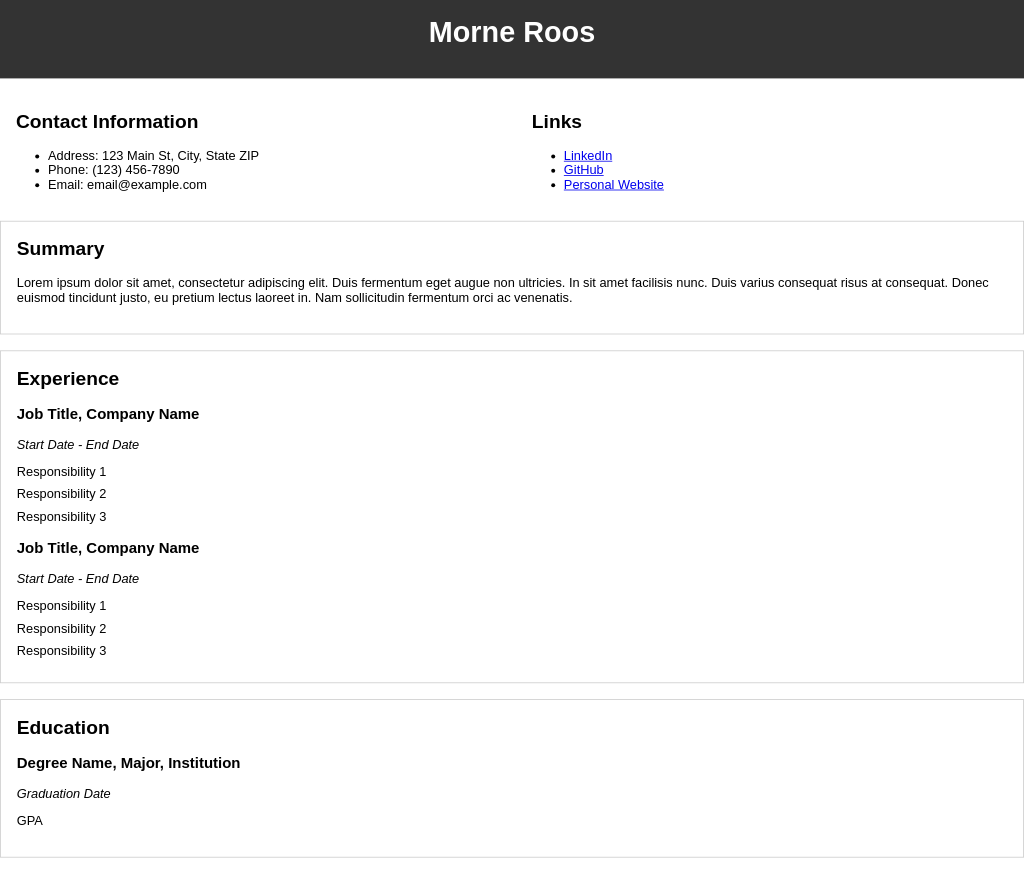
Repository: Git-it-right/Centrality
Page: cv.html
The author's editor kept a copy of each file at every save. The page is drawn from the files as they stood at one save, then again after the next save.
The browser window is 1280 px wide. The pictures show the whole page, at 80% of full size.

Above is the page before, as saved 2023-04-17 11:22:11.

### cv.html
<!DOCTYPE html>
<html>
  <head>
    <title>Resume/CV</title>
    <style>
      body {
        font-family: Arial, sans-serif;
        margin: 0;
        padding: 0;
      }
      .header {
        background-color: #333;
        color: white;
        padding: 20px;
        text-align: center;
      }
      .header h1 {
        margin: 0;
        font-size: 36px;
      }
      .contact-info {
        display: flex;
        justify-content: space-between;
        margin: 20px;
      }
      .contact-info div {
        flex-basis: 48%;
      }
      .section {
        padding: 20px;
        margin-bottom: 20px;
        border: 1px solid #ccc;
      }
      .section h2 {
        margin-top: 0;
      }
      .section ul {
        list-style: none;
        margin: 0;
        padding: 0;
      }
      .section li {
        margin-bottom: 10px;
      }
    </style>
  </head>
  <body>
    <div class="header">
      <h1>Morne Roos</h1>
      <p></p>
    </div>
    <div class="contact-info">
      <div>
        <h2>Contact Information</h2>
        <ul>
          <li>Address: 123 Main St, City, State ZIP</li>
          <li>Phone: (123) 456-7890</li>
          <li>Email: email@example.com</li>
        </ul>
      </div>
      <div>
        <h2>Links</h2>
        <ul>
          <li><a href="#">LinkedIn</a></li>
          <li><a href="#">GitHub</a></li>
          <li><a href="#">Personal Website</a></li>
        </ul>
      </div>
    </div>
    <div class="section">
      <h2>Summary</h2>
      <p>Lorem ipsum dolor sit amet, consectetur adipiscing elit. Duis fermentum eget augue non ultricies. In sit amet facilisis nunc. Duis varius consequat risus at consequat. Donec euismod tincidunt justo, eu pretium lectus laoreet in. Nam sollicitudin fermentum orci ac venenatis.</p>
    </div>
    <div class="section">
      <h2>Experience</h2>
      <ul>
        <li>
          <h3>Job Title, Company Name</h3>
          <p><em>Start Date - End Date</em></p>
          <ul>
            <li>Responsibility 1</li>
            <li>Responsibility 2</li>
            <li>Responsibility 3</li>
          </ul>
        </li>
        <li>
          <h3>Job Title, Company Name</h3>
          <p><em>Start Date - End Date</em></p>
          <ul>
            <li>Responsibility 1</li>
            <li>Responsibility 2</li>
            <li>Responsibility 3</li>
          </ul>
        </li>
      </ul>
    </div>
    <div class="section">
      <h2>Education</h2>
      <ul>
        <li>
          <h3>Degree Name, Major, Institution</h3>
          <p><em>Graduation Date</em></p>
          <p>GPA

After the next save:
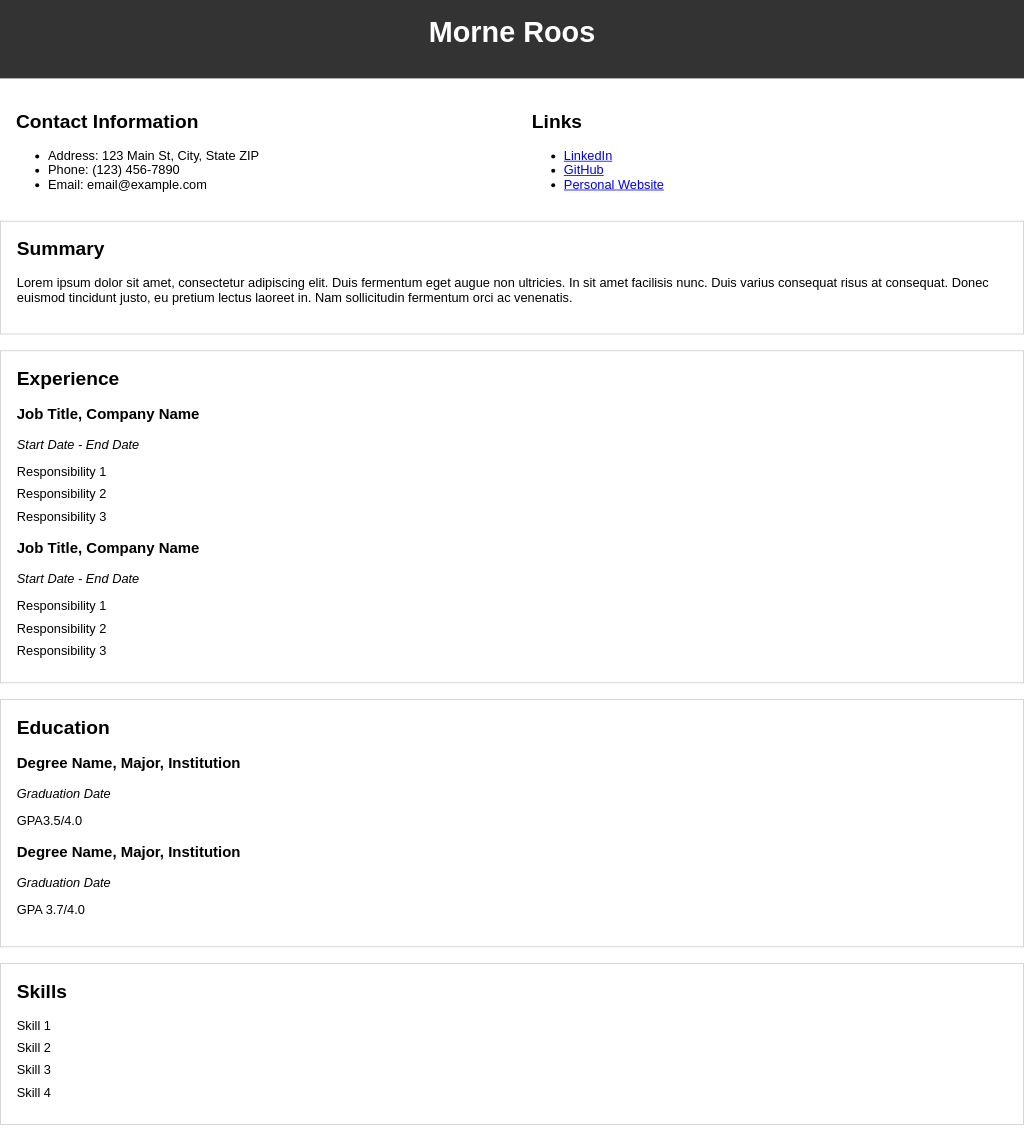
Saved 60 s later.
--- a/cv.html
+++ b/cv.html
@@ -100,4 +100,24 @@
         <li>
           <h3>Degree Name, Major, Institution</h3>
           <p><em>Graduation Date</em></p>
-          <p>GPA
+          <p>GPA3.5/4.0</p>
+        </li>
+        <li>
+        <h3>Degree Name, Major, Institution</h3>
+        <p><em>Graduation Date</em></p>
+        <p>GPA 3.7/4.0</p>
+        </li>
+        </ul>
+        </div>
+        <div class="section">
+        <h2>Skills</h2>
+        <ul>
+        <li>Skill 1</li>
+        <li>Skill 2</li>
+        <li>Skill 3</li>
+        <li>Skill 4</li>
+        </ul>
+        </div>
+
+          </body>
+        </html>
